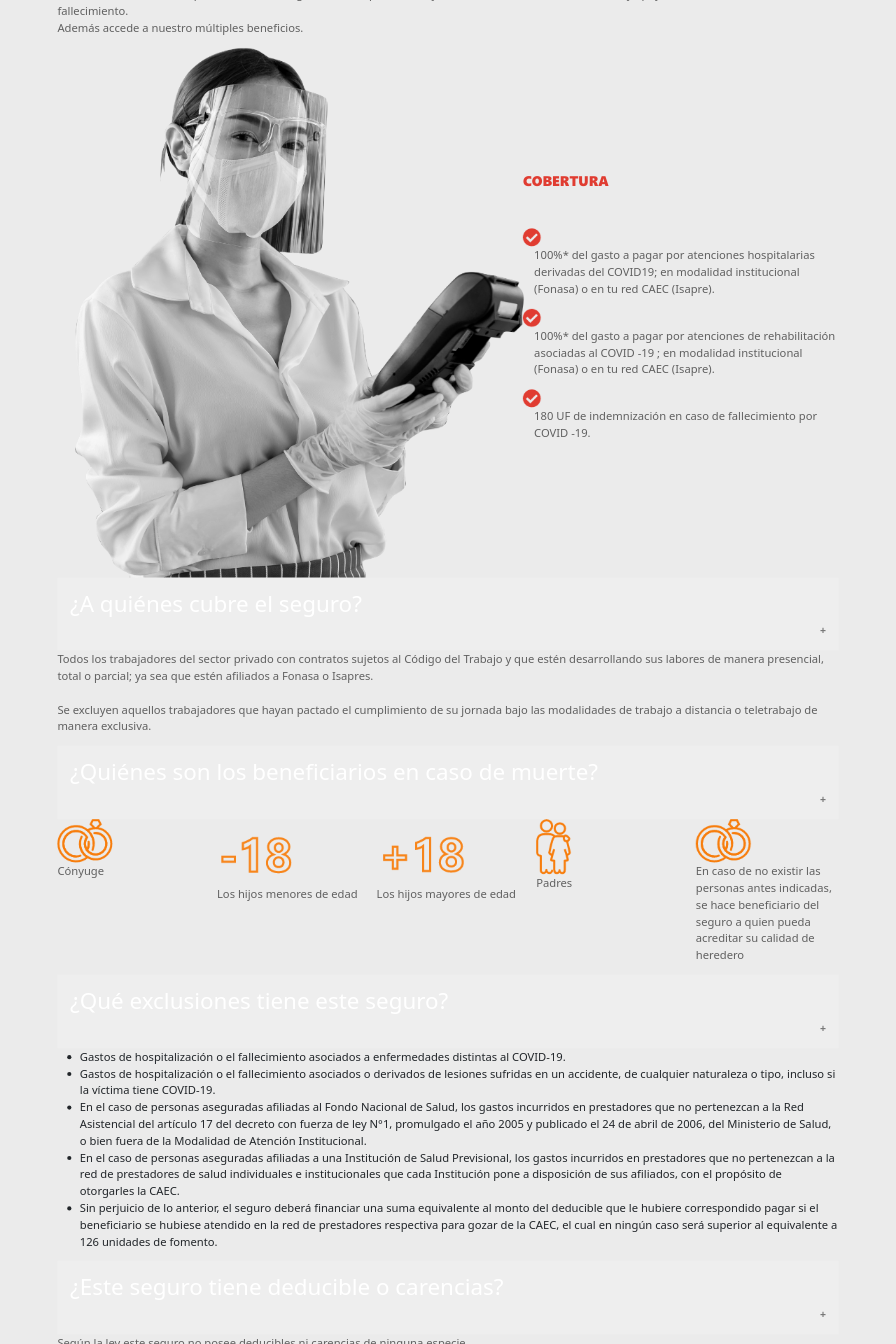
Repository: Darigo30/vidacamara
Page: index.html
These files come from the project's save history. The page is drawn as it stood at one moment and after the next save; the edit follows.
The browser window is 1280 px wide. The pictures show the part of the page from y = 996 to 2916 px (the page is 4271 px tall before and 4551 px after), at 70% of full size.
Some web fonts or font styles are not loaded; a fallback is used. Some web libraries are served in a nearby version.

Above is the page before, as saved 2021-07-30 20:56:00.

After the next save:
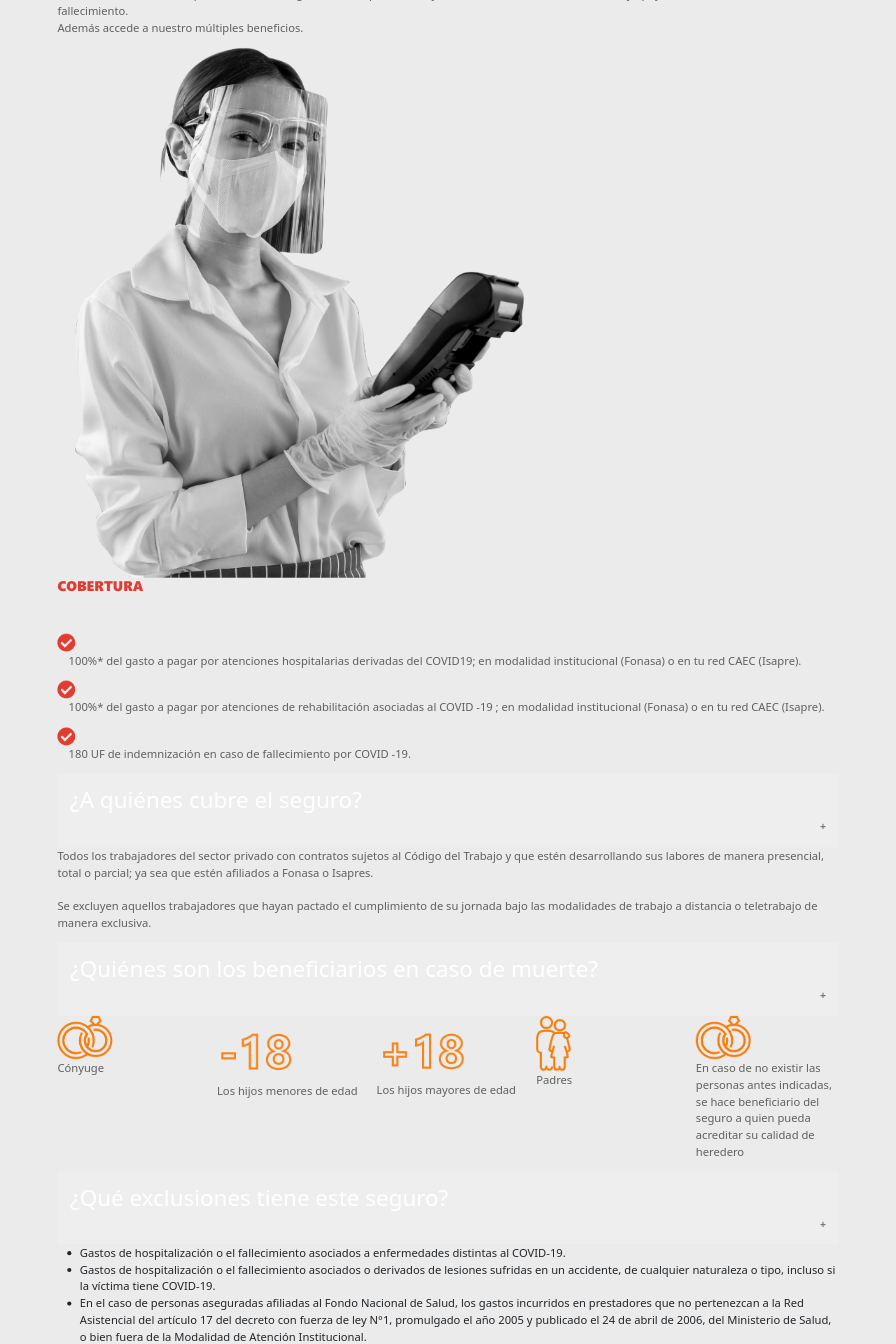
Saved 117 s later.
--- a/index.html
+++ b/index.html
@@ -148,10 +148,10 @@
                 </div>
             </div>
             <div class="row seguro-seccion">
-                <div class="col-7">
+                <div class="col-7 col-sm-12">
                     <img class="seguro-seccion__img-mujer" src="assets/img/mujer.png" />
                 </div>
-                <div class="col-5 d-flex flex-column justify-content-center">
+                <div class="col-5 col-sm-12 d-flex flex-column justify-content-center">
                     <h5 class="text-uppercase pb-5"><span>Cobertura</span></h5>
                     <div class="seguro-seccion__icon-txt-cober">
                         <img src="assets/img/check.png" />

After the save that followed:
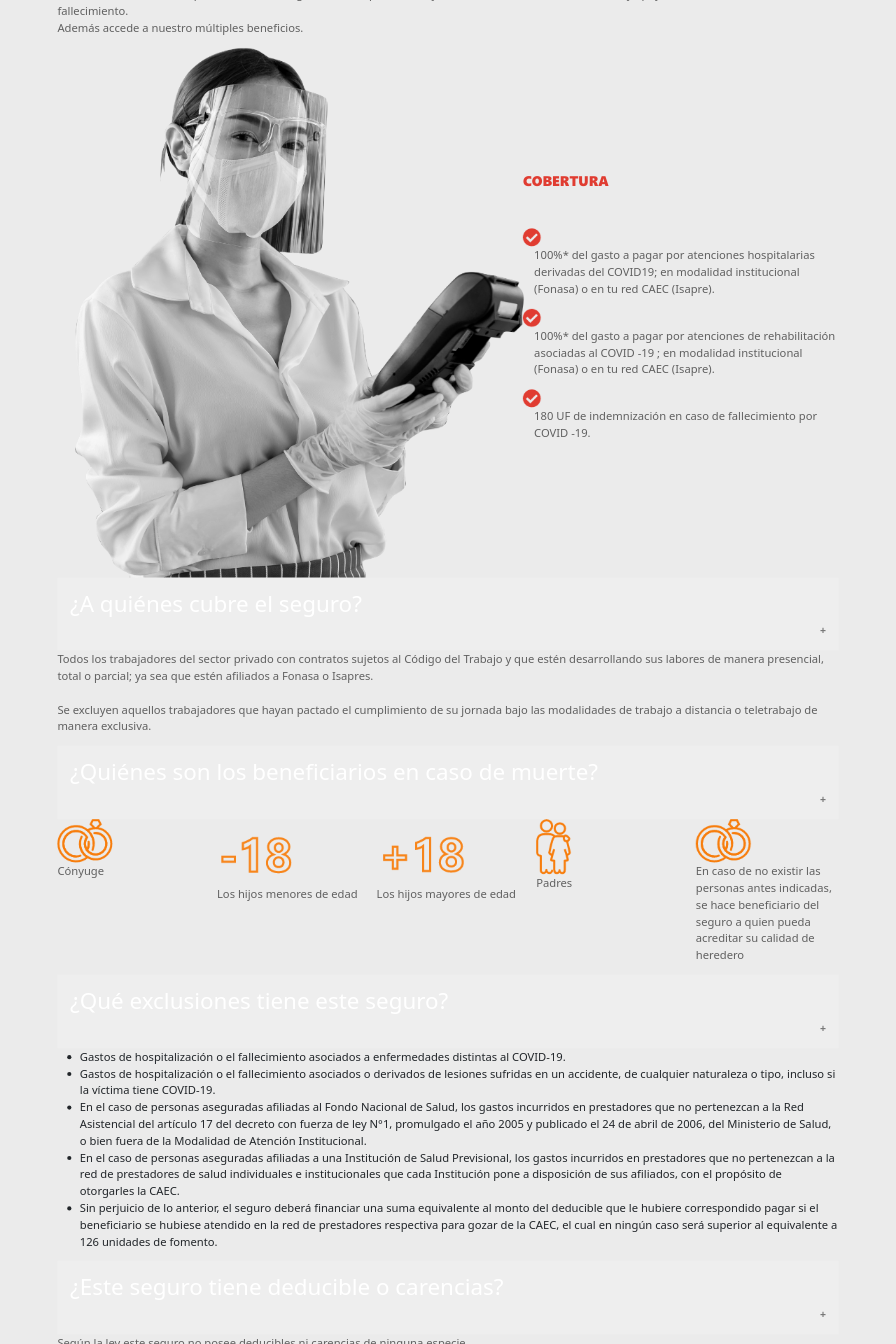
Saved 28 s later.
--- a/index.html
+++ b/index.html
@@ -148,10 +148,10 @@
                 </div>
             </div>
             <div class="row seguro-seccion">
-                <div class="col-7 col-sm-12">
+                <div class="col-12 col-sm-7">
                     <img class="seguro-seccion__img-mujer" src="assets/img/mujer.png" />
                 </div>
-                <div class="col-5 col-sm-12 d-flex flex-column justify-content-center">
+                <div class="col-12 col-sm-5 d-flex flex-column justify-content-center">
                     <h5 class="text-uppercase pb-5"><span>Cobertura</span></h5>
                     <div class="seguro-seccion__icon-txt-cober">
                         <img src="assets/img/check.png" />
